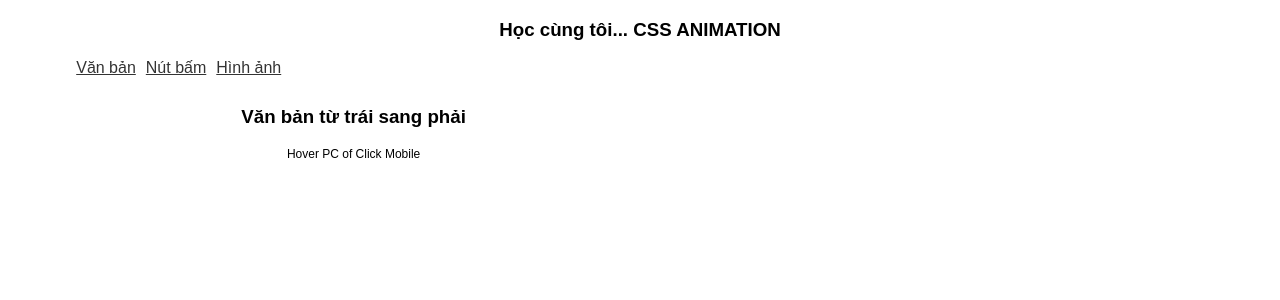
Repository: phuchoa2001/cssanimationNextjs
Page: /
The author's editor kept a copy of each file at every save. The page is drawn from the files as they stood at one save, then again after the next save.
The browser window is 1280 px wide. The pictures show the whole page.
The project was rebuilt for these pictures with package versions that can differ from the ones it lists, and the page was loaded fresh each time. The framework's server and built-in components were replaced by stand-ins that run in the browser. Also part of the build but not shown: next.config.js.

Above is the page before, as saved 2022-09-14 18:10:52.

### pages/index.js
import Link from "next/link";

import Item from "../components/Item/Item";

export default function Home({ products }) {
  return (
    <div className="App" id="app">
      <div className='wrapper' >
        <h3 className='text'>Học cùng tôi... CSS ANIMATION</h3>
        <div className='listLink'>
          <a href="#text" className='link'>Văn bản</a>
          <a href="#button" className='link'>Nút bấm</a>
          <a href="#image" className='link'>Hình ảnh</a>
        </div>
        <div className="list">
          <Item />
        </div>
      </div>
    </div>
  );
}

/**
 * Get all of the posts and pass it as the "posts" prop
 */
// export async function getStaticProps() {
//   const res = await fetch("https://6321206282f8687273ad17ab.mockapi.io/test/products");
//   const products = await res.json();
//   return { props: { products } };
// }

### styles/globals.css
html {
  scroll-behavior: smooth;
}
body {
  font-family: sans-serif;
}
.wrapper {
  width: 90%;
  margin: 0 auto;
}
.list {
  display: grid;
  grid-template-columns: repeat(2, 1fr);
  gap: 8px;
}
.components {
  border: 1px solid #333;
  height: 300px;
}
.text {
  text-align: center;
}
.listLink {
  margin: 10px 0px;
}
.link {
  color: #333;
  margin: 0px 5px;
}
@media only screen and (max-width: 1023px) {
  .list {
    grid-template-columns: repeat(1, 1fr);
    gap: 8px;
  }
}

### components/Item/Item.jsx
import React from "react";
import styled from "styled-components";

const ItemStyles = styled.div`
  .title {
    text-align: center;
  }
  .note {
    font-size: 12px;
    text-align: center;
  }
`;

function Item() {
  return (
    <ItemStyles>
      <h3 className="title">Văn bản từ trái sang phải</h3>
      <p className="note">Hover PC of Click Mobile</p>
    </ItemStyles>
  );
}

export default Item;

Loaded but not shown: pages/_app.js (common file)

After the next save:
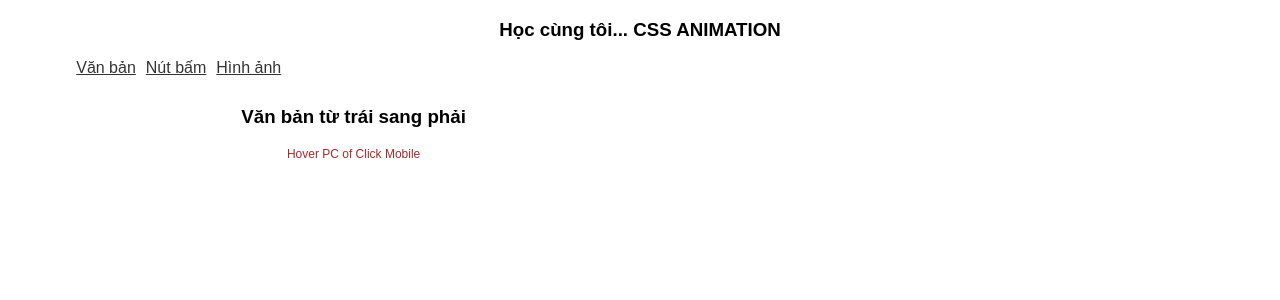
Saved 22 s later.
--- a/components/Item/Item.jsx
+++ b/components/Item/Item.jsx
@@ -8,6 +8,7 @@ const ItemStyles = styled.div`
   .note {
     font-size: 12px;
     text-align: center;
+    color: brown;
   }
 `;
 
